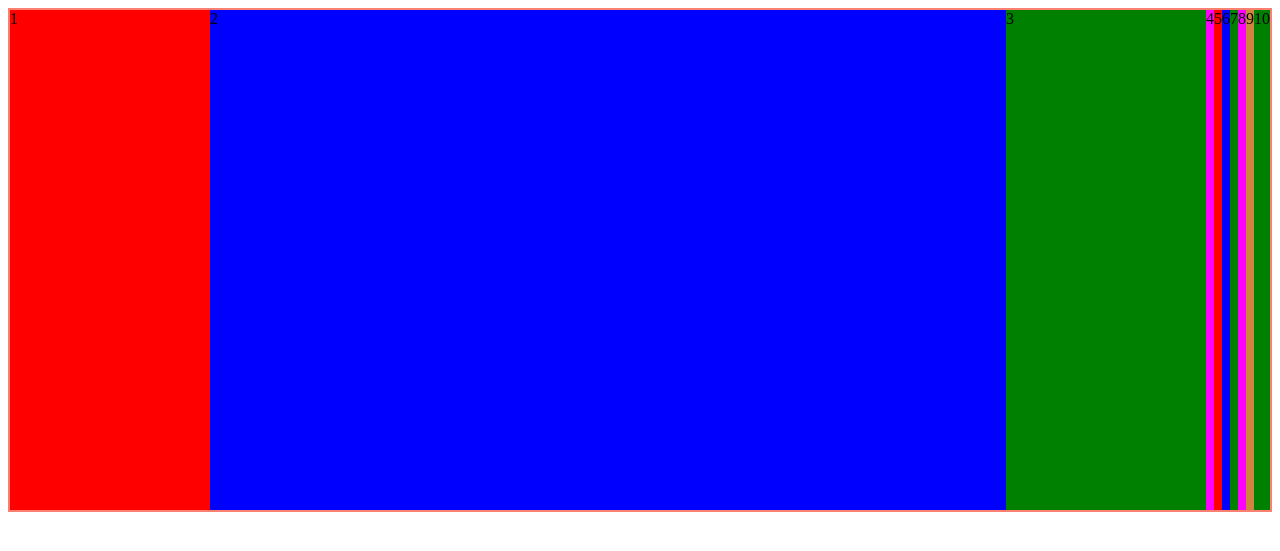
Repository: DinkarRavi/Dinkar_Coding
Page: 22aug24/grid.html
The author's editor kept a copy of each file at every save. The page is drawn from the files as they stood at one save, then again after the next save.
The browser window is 1280 px wide. The pictures show the whole page.

Above is the page before, as saved 2024-08-22 15:14:16.

### 22aug24/grid.html
<!DOCTYPE html>
<html lang="en">
<head>
    <meta charset="UTF-8">
    <meta name="viewport" content="width=device-width, initial-scale=1.0">
    <title>Document</title>
    <link rel="stylesheet" href="grid.css">
</head>
<body>

        <div id="parent">
        <div>1</div>
        <div>2</div>
        <div>3</div>
        <div>4</div>
        <div>5</div>
        <div>6</div>
        <div>7</div>
        <div>8</div>
        <div>9</div>
        <div>10</div>

    </div>
</body>
</html>

### 22aug24/grid.css


#parent{
border: 2px solid salmon;

height: 500px;
display: grid;
grid-template-columns: 200px 1fr 200px;
/* grid-template-rows: 200px 200px;  */
/* grid-auto-rows: 50px;
grid-template-columns:100px;  */
grid-auto-flow: column;
}
div{
div:nth-child(1) {
  background: red;
}
div:nth-of-type(2) {
    background: blue;
  }
  div:nth-child(3) {
    background: green;
  }
  div:nth-child(4) {
    background: magenta;
  }
  div:nth-child(5) {
    background: red;
  }
  div:nth-of-type(6) {
      background: blue;
    }
    div:nth-child(7) {
      background: green;
    }
    div:nth-child(8) {
      background: magenta;
    }
    div:nth-child(9) {
        background:peru;
      }
      div:nth-child(10) {
        background: green;}
}

After the next save:
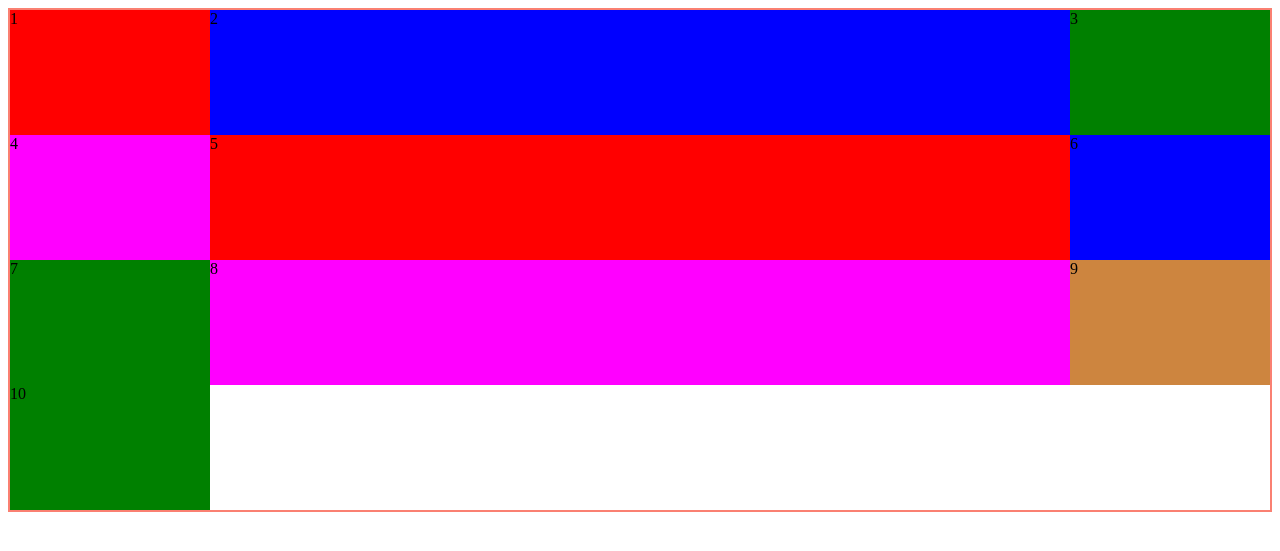
Saved 6 s later.
--- a/22aug24/grid.css
+++ b/22aug24/grid.css
@@ -9,7 +9,7 @@
 /* grid-template-rows: 200px 200px;  */
 /* grid-auto-rows: 50px;
 grid-template-columns:100px;  */
-grid-auto-flow: column;
+/* grid-auto-flow: column; */
 }
 div{
 div:nth-child(1) {
